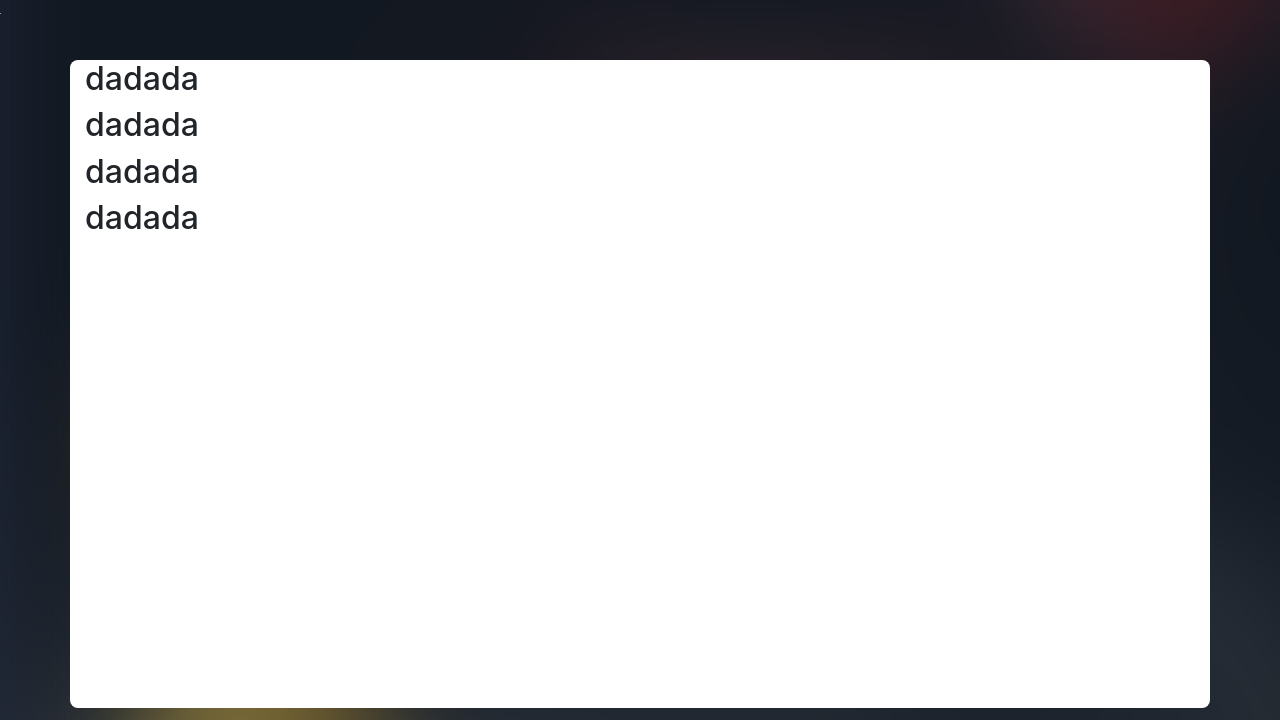
Repository: Yondo202/svProject
Page: /
The author's editor kept a copy of each file at every save. The page is drawn from the files as they stood at one save, then again after the next save.
The browser window is 1280 px wide. The pictures show the whole page.
The project was rebuilt for these pictures with package versions that can differ from the ones it lists, and the page was loaded fresh each time. The framework's server and built-in components were replaced by stand-ins that run in the browser. Also part of the build but not shown: next.config.js.

Above is the page before, as saved 2020-11-18 17:16:01.

### pages/_app.js
import React from "react";
import App from "next/app";
import { AnimatePresence } from "framer-motion";
import { MenuProvider } from "@/miscs/ContextMenuProvider";
import { ThemeProvider } from "styled-components";
import * as theme from "@/miscs/theme";
import checkLanguage from "@/components/miscs/checkLanguage";

const base = "http://localhost:1337";

class MyApp extends App {
    state = {
        menu: [],
        completelyLoaded: false,
    };
    // async componentDidMount() {
    //     let res = await checkLanguage(queryString, null);
    //     this.setState({ completelyLoaded: true, menu: res.data.menu.Main});
    // }

    render() {
        const { Component, pageProps, router } = this.props;

        return (
            <ThemeProvider theme={theme}>
                <MenuProvider value={this.state}>
                    <AnimatePresence exitBeforeEnter>
                        <Component {...pageProps} key={router.route} />
                    </AnimatePresence>
                </MenuProvider>
            </ThemeProvider>
        );
    }
}

export default MyApp;

const queryString = ``

// const queryString = `
// {
// menu {
//     Main {
//     Title Slug Page {
//         Slug
//         }
//         }
//     }
// }`;

### pages/_document.js
import Document, { Html, Head, Main, NextScript } from 'next/document'
import Pixel from "@/components/miscs/Pixel";

class MyDocument extends Document {
    render(){
        return(
            <Html lang="mn">
                <Head>
                    <link rel="stylesheet" href="https://stackpath.bootstrapcdn.com/bootstrap/4.3.1/css/bootstrap.min.css" integrity="sha384-ggOyR0iXCbMQv3Xipma34MD+dH/1fQ784/j6cY/iJTQUOhcWr7x9JvoRxT2MZw1T" crossOrigin="anonymous"/>
                    <link rel="shortcut icon" href="/img/ico.png" />
                    <link href="https://fonts.googleapis.com/css2?family=Roboto:wght@300;400;700&display=swap" rel="stylesheet"/>
                    <link href="https://fonts.googleapis.com/css2?family=Poppins:wght@300;400;500&display=swap" rel="stylesheet"></link>
                    <Pixel/>
                </Head>
                <body>
                    <Main/>
                    <NextScript/>
                </body>
            </Html>
        )
    }
}

export default MyDocument

### pages/index.js
import React from "react";
import { motion } from "framer-motion";
import Background from '../components/Top'
import Forms from '../components/Forms'

function index() {
    return (
        <div>
            <Background />
            <Forms />
        </div>
    )
}

export default index




























// import Root from "@/core/Root";
// import ResolveComponent from "@/components/dynamic/ResolveComponent"
// import checkLanguage from "@/components/miscs/checkLanguage";
// import { MenuContext } from '@/miscs/ContextMenuProvider'
// import { useContext } from "react";

// const Index = ({ data }) => {

//     let { Layout } = data
//     const { completelyLoaded } = useContext(MenuContext);

//     return (
//         <motion.div exit={{ opacity: 0 }} initial={{ opacity: 0 }} animate={{ opacity: 1 }} >
//             <Root noFooter>
//                 {completelyLoaded &&
//                     <ResolveComponent data={Layout} />
//                 }
//             </Root>
//         </motion.div>
//     );

// };
// export default Index;

// export async function getServerSideProps({ params, req }) {
//     let res = await checkLanguage('/home', req, true);
//     return { props: { data: res.data } }
// }

### components/miscs/ContextMenuProvider.js
import React from 'react';

const MenuContext = React.createContext();

const MenuProvider = MenuContext.Provider
const MenuConsumer = MenuContext.Consumer

export {MenuProvider, MenuConsumer, MenuContext}

### components/miscs/theme.js
export const colorOne = "#532532";
export const colorTwo = "#123123";
export const fontSize = "16px";
export const fontFamily1 = "Poppins', sans-serif"

### components/miscs/checkLanguage.js
import fetch from "node-fetch";
import parseCookies from '@/miscs/parseCookies';

const checkLanguage = async (queryString, req, normal) =>{

    const cookies = parseCookies(req);
    const httpObject = { method: 'post', headers: { 'Content-Type': 'application/json'}, body: JSON.stringify({ query: `query ${queryString}`})}

    if(normal){
        return new Promise(async(resolve, reject) => {
            if(cookies['tb-lang'] === "en"){
                const res = await fetch(`http://localhost:1337${queryString}`);
                const pageData = await res.json();
                return resolve({data: pageData});
            }
            else{
                const res = await fetch(`http://localhost:1337${queryString}`);
                const pageData = await res.json();
                return resolve({data: pageData});
            }
        })
    }

    return new Promise(async(resolve, reject)=>{
      if(cookies['tb-lang'] === "en"){
          const res = await fetch('http://localhost:1337/graphql', httpObject)
          const pageData = await res.json()
          return resolve({data: pageData.data});
      }
      else{
          const res = await fetch('http://localhost:1337/graphql', httpObject)
          const pageData = await res.json()
          return resolve({data: pageData.data});
      }
    })

}

export default checkLanguage

### components/miscs/Pixel.js
import React from "react";

export default () => (
    <React.Fragment>
        <script
            dangerouslySetInnerHTML={{
                __html: `!function(f,b,e,v,n,t,s){if(f.fbq)return;n=f.fbq=function(){n.callMethod?n.callMethod.apply(n,arguments):n.queue.push(arguments)};if(!f._fbq)f._fbq=n;n.push=n;n.loaded=!0;n.version='2.0';n.queue=[];t=b.createElement(e);t.async=!0;t.src=v;s=b.getElementsByTagName(e)[0];s.parentNode.insertBefore(t,s)}(window,document,'script','https://connect.facebook.net/en_US/fbevents.js');fbq('init', '626874991348714'); fbq('track', 'PageView');`,
            }}
        />
        <noscript
            dangerouslySetInnerHTML={{
                __html: `<img height="1" width="1" src="https://www.facebook.com/tr?id=626874991348714&ev=PageView&noscript=1"/>`,
            }}
        />
    </React.Fragment>
);

### components/Top.js
// import React from 'react';

// const Test = ({data}) => {
//     return (
//         <div>
//             {data.Title && <h1>{data.Title}hahhaha</h1>}
//         </div>
//     );
// };

// export default Test;

import React from 'react'
import styled from 'styled-components'
function top({data}) {
    return (
        // <Conainer style={{backgroundImage: `url("https://jevelin.shufflehound.com/business/wp-content/uploads/sites/39/2019/11/Rectangle-1-copy-7.jpg?id=10")`}}>
        <Conainer>
            <img src="/img/Blur.png"/>
        </Conainer>
    )
}

export default top


const Conainer = styled.div`
    Color:white;
    background-size: cover;
    background-position:center center;
    min-height: 80vh;
    max-height: 100vh;
    height: 100vh;
    width: 100%;
    position: fixed;
    top:0;
    z-index: -1;
    img{
        z-index:-1;
    }
`

### components/Forms.js
import React from 'react'
import styled from 'styled-components'


function Forms() {
    return (
        <Conainer className="container">
            <h2>dadada</h2>
            <h2>dadada</h2>
            <h2>dadada</h2>
            <h2>dadada</h2>
        </Conainer>
    )
}

export default Forms


const Conainer = styled.div`
    background-color:white;
    height:90vh;
    margin-top:5vh;
    border-radius:8px;
    z-index:0;
`

### components/miscs/parseCookies.js
import cookie from 'cookie'

export default function parseCookies(req) {
    return cookie.parse(req ? req.headers.cookie || "" : document.cookie);
}

After the next save:
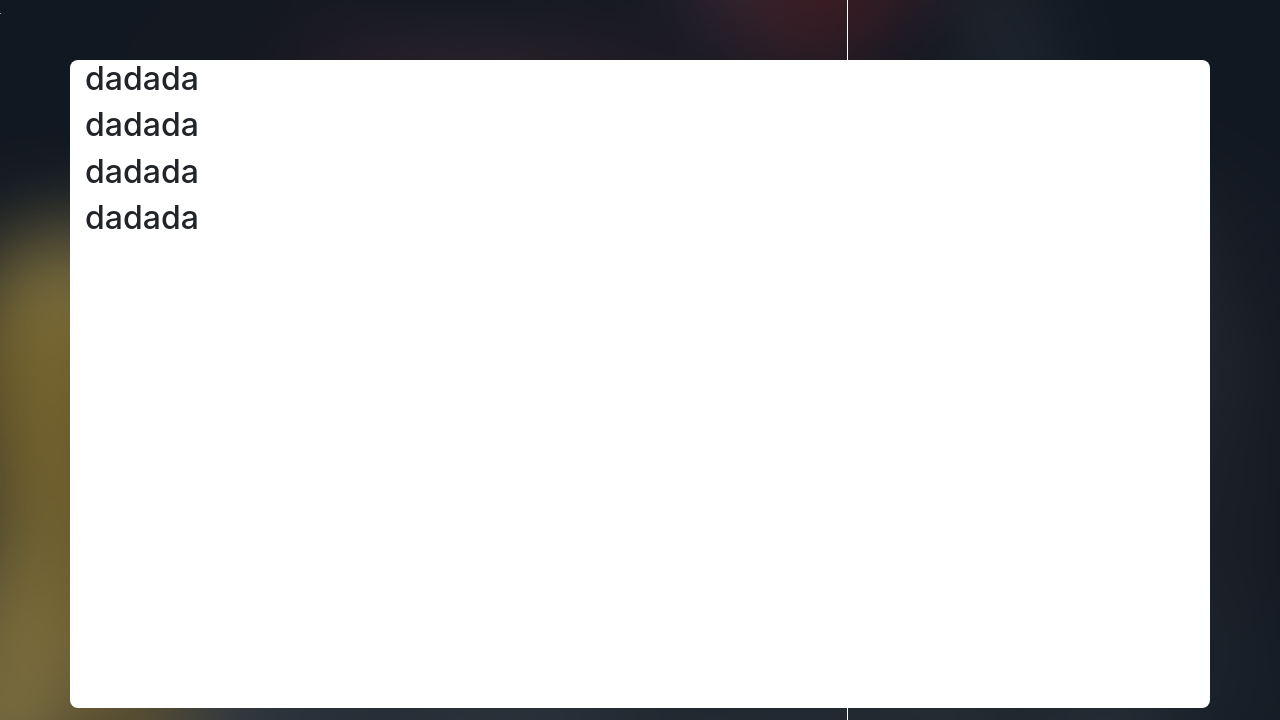
Saved 78 s later.
--- a/components/Top.js
+++ b/components/Top.js
@@ -15,8 +15,8 @@ import styled from 'styled-components'
 function top({data}) {
     return (
         // <Conainer style={{backgroundImage: `url("https://jevelin.shufflehound.com/business/wp-content/uploads/sites/39/2019/11/Rectangle-1-copy-7.jpg?id=10")`}}>
-        <Conainer>
-            <img src="/img/Blur.png"/>
+        <Conainer style={{backgroundImage:"url('/img/Blur.png')"}}>
+            {/* <img src="/img/Blur.png"/> */}
         </Conainer>
     )
 }
